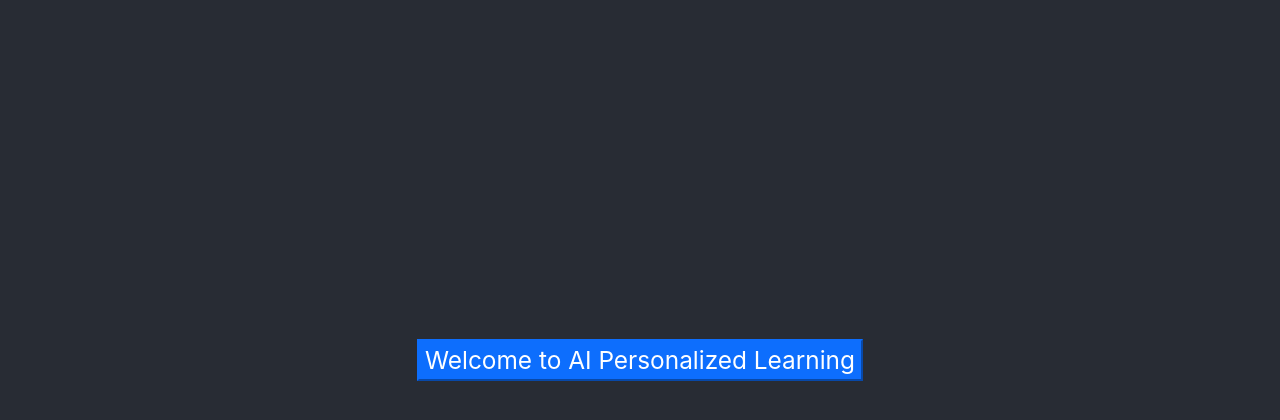
Repository: SP23-CSCE482/team_hunnid_app
Page: /
These files come from the project's save history. The page is drawn as it stood at one moment and after the next save; the edit follows.
The browser window is 1280 px wide. The pictures show the whole page.
The project was rebuilt for these pictures with package versions that can differ from the ones it lists, and the page was loaded fresh each time.

Above is the page before, as saved 2023-02-08 20:02:36.

### public/index.html
<!DOCTYPE html>
<html lang="en">
  <head>
    <meta charset="utf-8" />
    <link rel="icon" href="%PUBLIC_URL%/favicon.ico" />
    <meta name="viewport" content="width=device-width, initial-scale=1" />
    <meta name="theme-color" content="#000000" />
    <meta
      name="description"
      content="Web site created using create-react-app"
    />
    <link rel="apple-touch-icon" href="%PUBLIC_URL%/logo192.png" />
    <!--
      manifest.json provides metadata used when your web app is installed on a
      user's mobile device or desktop. See https://developers.google.com/web/fundamentals/web-app-manifest/
    -->
    <link rel="manifest" href="%PUBLIC_URL%/manifest.json" />
    <!--
      Notice the use of %PUBLIC_URL% in the tags above.
      It will be replaced with the URL of the `public` folder during the build.
      Only files inside the `public` folder can be referenced from the HTML.

      Unlike "/favicon.ico" or "favicon.ico", "%PUBLIC_URL%/favicon.ico" will
      work correctly both with client-side routing and a non-root public URL.
      Learn how to configure a non-root public URL by running `npm run build`.
    -->
    <title>React App</title>
    <link
      rel="stylesheet"
      href="https://cdn.jsdelivr.net/npm/bootstrap@5.1.3/dist/css/bootstrap.min.css"
      integrity="sha384-1BmE4kWBq78iYhFldvKuhfTAU6auU8tT94WrHftjDbrCEXSU1oBoqyl2QvZ6jIW3"
      crossorigin="anonymous"
    />
  </head>
  <body>
    <noscript>You need to enable JavaScript to run this app.</noscript>
    <div id="root"></div>
    <script
      src="https://cdn.jsdelivr.net/npm/bootstrap@5.1.3/dist/js/bootstrap.bundle.min.js"
      integrity="sha384-ka7Sk0Gln4gmtz2MlQnikT1wXgYsOg+OMhuP+IlRH9sENBO0LRn5q+8nbTov4+1p"
      crossorigin="anonymous"
    ></script>

    <!--
      This HTML file is a template.
      If you open it directly in the browser, you will see an empty page.

      You can add webfonts, meta tags, or analytics to this file.
      The build step will place the bundled scripts into the <body> tag.

      To begin the development, run `npm start` or `yarn start`.
      To create a production bundle, use `npm run build` or `yarn build`.
    -->
  </body>
</html>

### src/App.js
import logo from './logo.svg'
import './App.css'

function App() {
  return (
    <div className="App">
      <header className="App-header">
        <button className={`btn-primary`}>
          Welcome to AI Personalized Learning
        </button>
      </header>
      {/* <header className="App-header">
        <img src={logo} className="App-logo" alt="logo" />
        <p>
          Edit <code>src/App.js</code> and save to reload.
        </p>
        <a
          className="App-link"
          href="https://reactjs.org"
          target="_blank"
          rel="noopener noreferrer"
        >
          Learn React
        </a>
      </header> */}
    </div>
  )
}

export default App

Loaded but not shown: src/index.js (common file); src/index.css (common file); src/reportWebVitals.js (common file); src/App.css (common file)

After the next save:
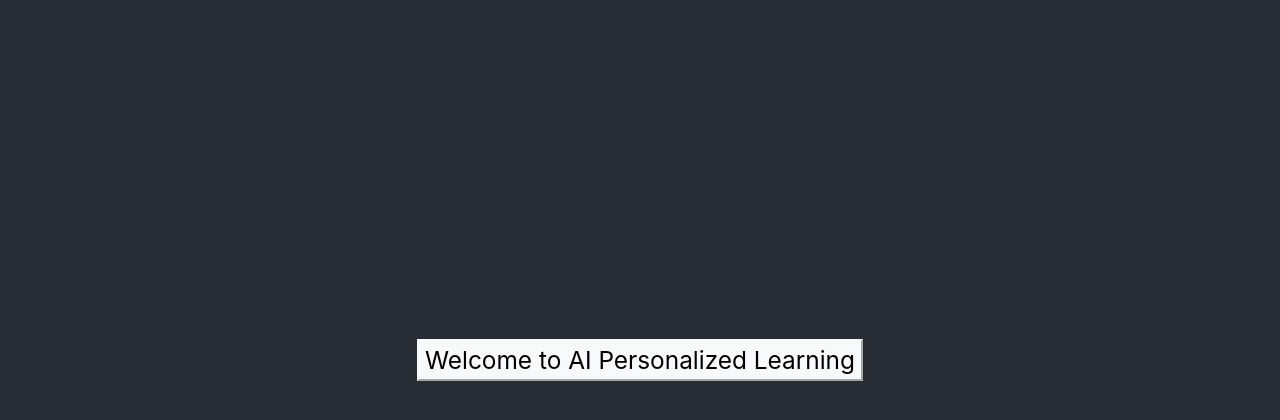
Saved 16 s later.
--- a/src/App.js
+++ b/src/App.js
@@ -5,7 +5,7 @@
   return (
     <div className="App">
       <header className="App-header">
-        <button className={`btn-primary`}>
+        <button className={`btn-light`}>
           Welcome to AI Personalized Learning
         </button>
       </header>
